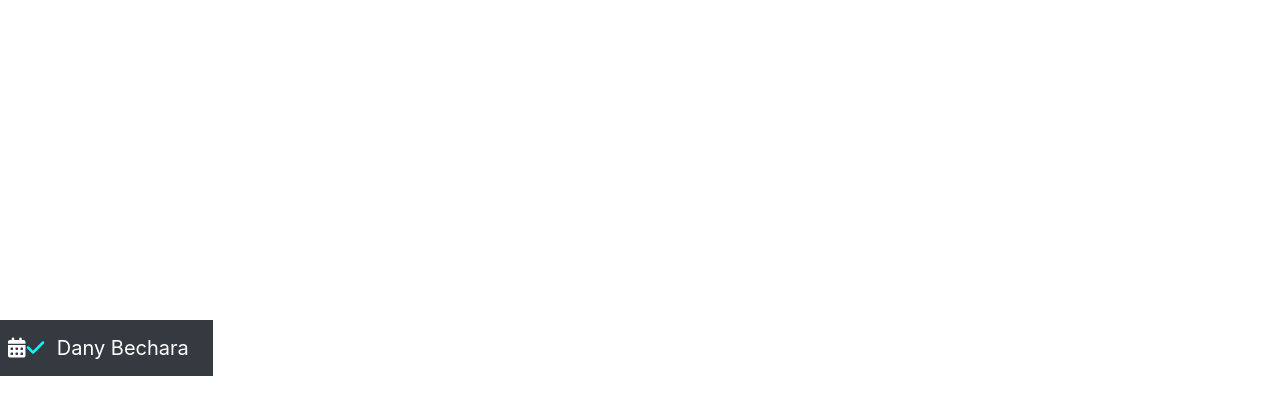
Repository: bechara611/calendar-frontend
Page: /
The author's editor kept a copy of each file at every save. The page is drawn from the files as they stood at one save, then again after the next save.
The browser window is 1280 px wide. The pictures show the whole page.
The project was rebuilt for these pictures with package versions that can differ from the ones it lists, and the page was loaded fresh each time. Also part of the build but not shown: vite.config.js. Imported but missing from the stored project, and not drawn on this page: src/auth.

Above is the page before, as saved 2023-01-04 14:13:51.

### index.html
<!DOCTYPE html>
<html lang="en">
  <head>
    <meta charset="UTF-8" />
    <link rel="icon" type="image/svg+xml" href="/vite.svg" />
    <meta name="viewport" content="width=device-width, initial-scale=1.0" />
    <title>CalendarDB</title>
    <link rel="stylesheet" href="https://cdn.jsdelivr.net/npm/bootstrap@4.5.3/dist/css/bootstrap.min.css" integrity="sha384-TX8t27EcRE3e/ihU7zmQxVncDAy5uIKz4rEkgIXeMed4M0jlfIDPvg6uqKI2xXr2" crossorigin="anonymous">
    <link rel="stylesheet" href="https://cdnjs.cloudflare.com/ajax/libs/font-awesome/6.2.1/css/all.min.css" integrity="sha512-MV7K8+y+gLIBoVD59lQIYicR65iaqukzvf/nwasF0nqhPay5w/9lJmVM2hMDcnK1OnMGCdVK+iQrJ7lzPJQd1w==" crossorigin="anonymous" referrerpolicy="no-referrer" />
  </head>
  <body>
    <div id="root"></div>
    <script type="module" src="/src/main.jsx"></script>
  </body>
</html>

### src/main.jsx
import React from 'react'
import ReactDOM from 'react-dom/client'
import { BrowserRouter } from 'react-router-dom'
import { CalendarApp } from './CalendarApp'
import './styles.css'

ReactDOM.createRoot(document.getElementById('root')).render(
  <React.StrictMode>

    <BrowserRouter>
      <CalendarApp />
    </BrowserRouter>

    </React.StrictMode>,
)

### src/CalendarApp.jsx
import React from 'react'
import { AppRouter } from './router/AppRouter'

export const CalendarApp = () => {
  return (
   <AppRouter></AppRouter>
  )
}

### src/router/AppRouter.jsx
import React from 'react'
import { Navigate, Route, Routes } from 'react-router-dom'
import { LoginPages } from '../auth/'
import { CalendarPages } from '../calendar/'


export const AppRouter = () => {
 // const authStatus = 'not-authenticated'
  const authStatus = 'authenticated'
  return (
    <Routes>
      {
        (authStatus === 'not-authenticated'
          ? <Route path='/auth/*' element={<LoginPages></LoginPages>}></Route>
          : <Route path='/*' element={<CalendarPages></CalendarPages>}></Route>
        )
      }
      <Route path='/*' element={<Navigate to={'/auth/login'}></Navigate>}></Route>

    </Routes>
  )
}

### src/calendar/index.js
export * from './pages/CalendarPages'
export * from './components/NavBar'

### src/calendar/pages/CalendarPages.jsx
import React from 'react'
import { NavBar } from '../components/NavBar'

export const CalendarPages = () => {
  return (
 <NavBar></NavBar>
  )
}

### src/calendar/components/NavBar.jsx
import React from 'react'
import './NavBar.css'
export const NavBar = () => {
  return (
    <div className="navbar navbar-dark bg-dark mb-4 px-2">
    <span className='navbar-brand'>
    <i className='fas fa-calendar-alt'></i>
    <i className="fa-sharp fa-solid fa-check icono"></i>

    &nbsp;
    Dany Bechara
    </span>
    </div>
  )
}

### src/calendar/components/NavBar.css
.icono{
color: aqua;
}

Loaded but not shown: src/styles.css (common file)

After the next save:
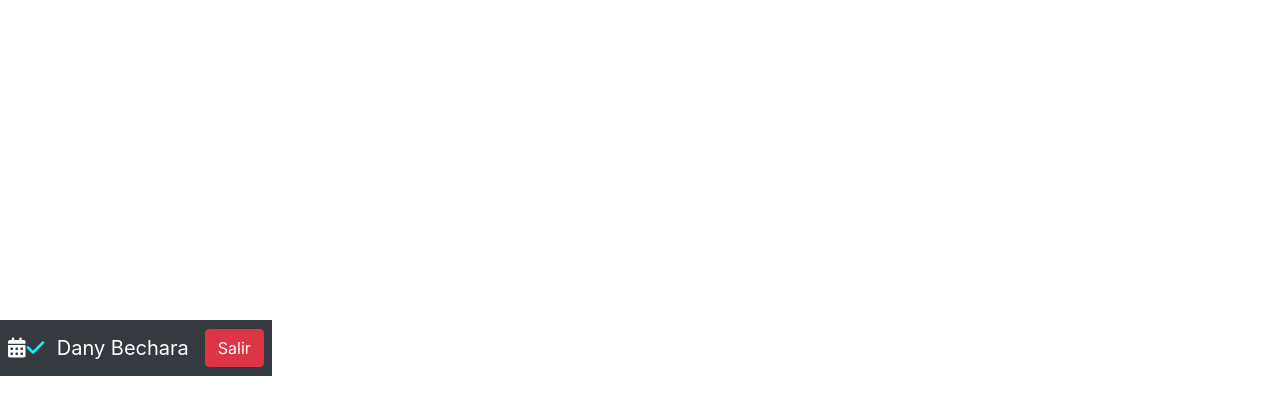
Saved 2 min 44 s later.
--- a/src/calendar/components/NavBar.jsx
+++ b/src/calendar/components/NavBar.jsx
@@ -10,6 +10,10 @@ export const NavBar = () => {
     &nbsp;
     Dany Bechara
     </span>
+    <button className='btn btn-danger '>
+    <i className="fa-thin fa-arrow-up-left-from-circle"></i>
+    <span>Salir</span>
+    </button>
     </div>
   )
 }
